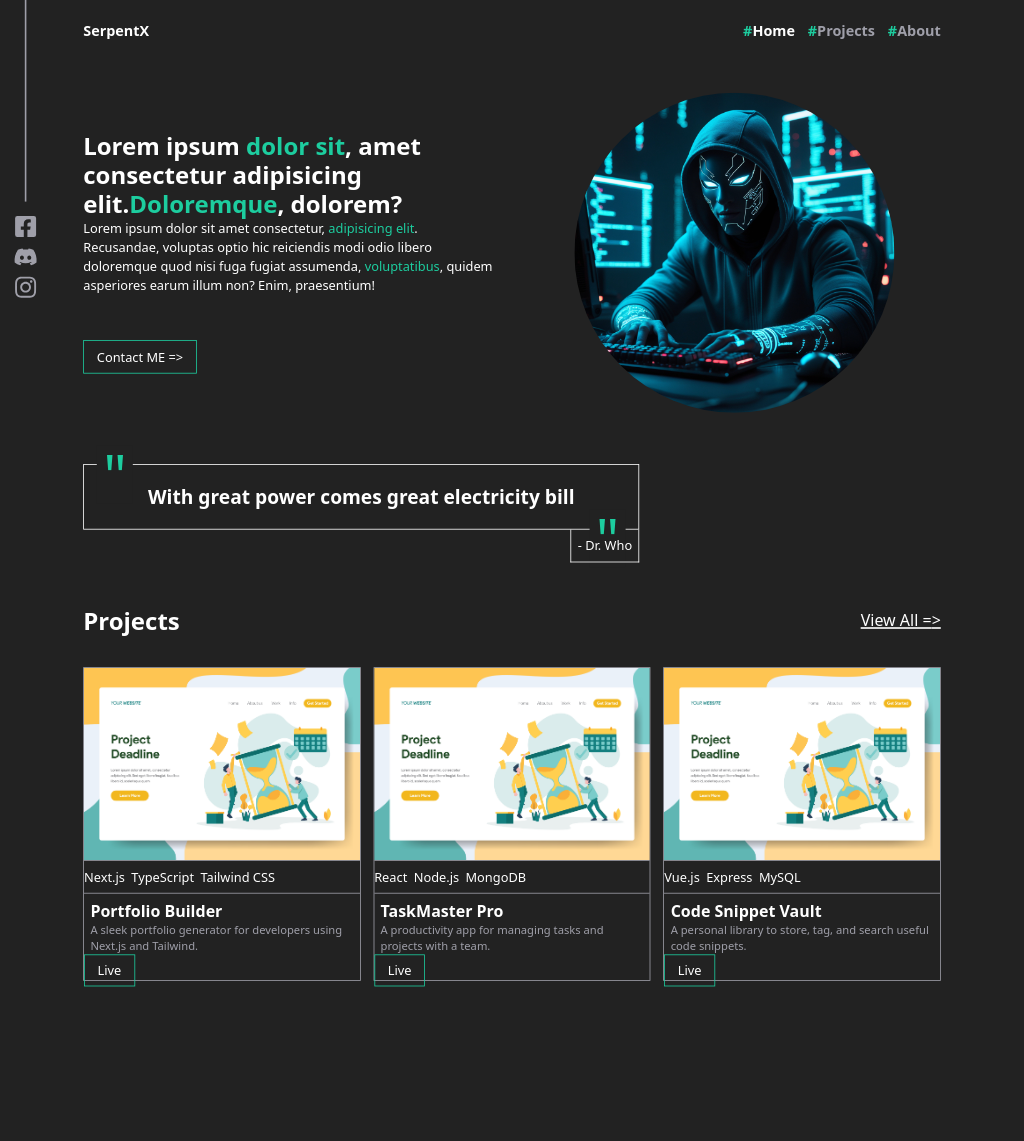
Repository: SERPENTX03/Portfolio-Tutorial
Page: /
The author's editor kept a copy of each file at every save. The page is drawn from the files as they stood at one save, then again after the next save.
The browser window is 1280 px wide. The pictures show the whole page, at 80% of full size.
The project was rebuilt for these pictures with package versions that can differ from the ones it lists, and the page was loaded fresh each time. The framework's server and built-in components were replaced by stand-ins that run in the browser. Also part of the build but not shown: next.config.ts.

Above is the page before, as saved 2025-04-19 21:22:29.

### app/layout.tsx
import type { Metadata } from "next";
import { Geist, Geist_Mono } from "next/font/google";
import "./globals.css";
import SideContact from "@/components/SideContact";
import Navbar from "@/components/nav/Navbar";

const geistSans = Geist({
  variable: "--font-geist-sans",
  subsets: ["latin"],
});

const geistMono = Geist_Mono({
  variable: "--font-geist-mono",
  subsets: ["latin"],
});

export const metadata: Metadata = {
  title: "Create Next App",
  description: "Generated by create next app",
};

export default function RootLayout({
  children,
}: Readonly<{
  children: React.ReactNode;
}>) {
  return (
    <html lang="en">
      <body
        className={`${geistSans.variable} ${geistMono.variable} antialiased`}
      >
        <SideContact />
        <main className="max-w-[1200px] mx-auto sm:px-16 px-3">
          <Navbar />
          {children}
          <footer className="h-[200px]"></footer>
        </main>
      </body>
    </html>
  );
}

### app/page.tsx
import Hero from "@/components/Hero";
import Projects from "@/components/Projects";

const Home = () => {
  return (
    <div>
      <Hero />
      <Projects />
    </div>
  );
};
export default Home;

### app/globals.css
@import "tailwindcss";

@theme {
  --color-primary: #1dcd9f;
  --color-background: #222222;
  --color-text: #9f9fa9;
}

@utility hover-btn {
  @apply hover:bg-primary/30 transition-colors duration-300 ease-in-out border border-primary px-4 py-2 mt-14 cursor-pointer;
}

body {
  background-color: var(--color-background);
  color: white;
}

### components/SideContact.tsx
import Link from "next/link";
import { FaFacebookSquare } from "react-icons/fa";
import { FaDiscord } from "react-icons/fa";
import { FaInstagram } from "react-icons/fa";

const SideContact = () => {
  return (
    <div className="fixed top-0 left-0 w-16 lg:flex flex-col hidden ">
      {/* Line */}
      <div className="h-[35vh] relative">
        <div className="h-full border border-text absolute top-0 left-1/2 -translate-x-1/2"></div>
      </div>
      {/* Socials */}
      <div className="text-text mt-4 flex flex-col gap-2 items-center">
        <Link target="_blank" href="https://www.facebook.com/serpentx.dev">
          <FaFacebookSquare size={30} />
        </Link>
        <Link target="_blank" href="https://discord.gg/serpentx">
          <FaDiscord size={30} />
        </Link>
        <Link target="_blank" href="https://www.instagram.com/serpentx.dev">
          <FaInstagram size={30} />
        </Link>
      </div>
    </div>
  );
};
export default SideContact;

### components/nav/Navbar.tsx
import MenuHamburger from "./MenuHamburger";
import Navlink from "./Navlink";

const Navbar = () => {
  return (
    <div className="flex justify-between items-center py-6">
      <h1 className="text-lg font-semibold ">SerpentX</h1>
      <Navlink />
      <MenuHamburger />
    </div>
  );
};
export default Navbar;

### components/Hero.tsx
import Image from "next/image";

const Hero = () => {
  return (
    <section className="mt-10">
      <div className="flex flex-col sm:flex-row justify-between gap-10 items-center">
        <div className="w-full sm:w-1/2">
          <h2 className="text-3xl font-bold">
            Lorem ipsum <span className="text-primary">dolor sit</span>, amet
            consectetur adipisicing elit.
            <span className="text-primary">Doloremque</span>, dolorem?
          </h2>
          <p>
            Lorem ipsum dolor sit amet consectetur,{" "}
            <span className="text-primary">adipisicing elit</span>. Recusandae,
            voluptas optio hic reiciendis modi odio libero doloremque quod nisi
            fuga fugiat assumenda,{" "}
            <span className="text-primary">voluptatibus</span>, quidem
            asperiores earum illum non? Enim, praesentium!
          </p>
          <button className="hover-btn ">Contact ME ={">"}</button>
        </div>
        <div className="w-full sm:w-1/2 flex justify-center">
          <Image
            className="object-cover rounded-full"
            src="/images/hero.jpg"
            alt="hero"
            width={400}
            height={400}
          />
        </div>
      </div>
      <div className="mt-16 flex justify-center border py-6 px-20 w-fit relative">
        <h5 className=" text-2xl font-bold ">
          With great power comes great electricity bill
        </h5>
        <span className="absolute -top-6 left-4 bg-background px-2 text-primary text-7xl">
          &quot;
        </span>
        <span className="absolute -bottom-12 h-fit right-4 bg-background px-2 text-primary text-7xl">
          &quot;
        </span>
        <span className="absolute right-[-1px] -bottom-10.5 border-x border-b p-2">
          - Dr. Who
        </span>
      </div>
    </section>
  );
};
export default Hero;

### components/Projects.tsx
import { projects } from "@/data/Project";
import Image from "next/image";
import Link from "next/link";

const Projects = () => {
  return (
    <section className="mt-24">
      <div className="flex justify-between items-center">
        <h2 className="text-3xl font-bold">Projects</h2>
        <Link className="text-xl underline" href="/projects">
          View All ={">"}
        </Link>
      </div>
      <div className="grid gird-cols-1 sm:grid-cols-2 md:grid-cols-3 gap-4 mt-10">
        {projects.slice(0, 3).map((project) => (
          <div key={project.id} className="border border-text">
            <Image
              src={project.image || ""}
              alt={project.title}
              width={300}
              height={300}
              className="w-full h-60 object-cover"
            />
            <div className="flex gap-2 py-2 border-y border-text">
              {project.language.map((lang) => (
                <p key={lang}>{lang}</p>
              ))}
            </div>
            <div className="p-2">
              <h3 className="text-xl font-bold">{project.title}</h3>
              <p className="text-sm text-text">{project.description}</p>
            </div>
            <Link href="/projects" className="hover-btn">
              Live
            </Link>
          </div>
        ))}
      </div>
    </section>
  );
};
export default Projects;

### components/nav/MenuHamburger.tsx
"use client";
import { RiMenuFoldLine } from "react-icons/ri";
import { links } from "@/data/NavLink";
import { useEffect, useState } from "react";
import { IoClose } from "react-icons/io5";
import Link from "next/link";
import { usePathname } from "next/navigation";
import { motion, AnimatePresence } from "framer-motion";
import { FaDiscord, FaFacebookSquare, FaInstagram } from "react-icons/fa";

const MenuHamburger = () => {
  const [isOpen, setIsOpen] = useState(false);
  const pathname = usePathname();

  const handleOpen = () => {
    setIsOpen(!isOpen);
  };

  useEffect(() => {
    setIsOpen(false); // ปิดเมนูเมื่อ path เปลี่ยน
  }, [pathname]);
  return (
    <>
      <AnimatePresence mode="wait">
        {isOpen ? (
          <motion.div
            key="close"
            initial={{ rotate: -90, opacity: 0 }}
            animate={{ rotate: 0, opacity: 1 }}
            exit={{ rotate: 90, opacity: 0 }}
            transition={{ duration: 0.2 }}
            className="cursor-pointer block md:hidden z-50"
            onClick={handleOpen}
          >
            <IoClose size={30} />
          </motion.div>
        ) : (
          <motion.div
            key="menu"
            initial={{ rotate: 90, opacity: 0 }}
            animate={{ rotate: 0, opacity: 1 }}
            exit={{ rotate: -90, opacity: 0 }}
            transition={{ duration: 0.3 }}
            className="cursor-pointer block md:hidden z-10"
            onClick={handleOpen}
          >
            <RiMenuFoldLine size={30} />
          </motion.div>
        )}
      </AnimatePresence>
      {isOpen && (
        <ul className="fixed top-0 left-0 w-full h-screen bg-background ">
          <h1 className="text-2xl font-bold m-3">SerpentX</h1>
          {links.map((nav, index) => (
            <li
              key={index}
              className={`text-2xl m-3 font-semibold text-text ${
                pathname === nav.href ? "text-white" : "text-text"
              }`}
            >
              <Link href={nav.href}>
                <span className="text-primary">#</span>
                {nav.label}
              </Link>
            </li>
          ))}
        </ul>
      )}
      {isOpen && (
        <div className="fixed bottom-4 left-1/2 -translate-x-1/2 flex gap-4">
          <Link target="_blank" href="https://www.facebook.com/serpentx.dev">
            <FaFacebookSquare size={30} />
          </Link>
          <Link target="_blank" href="https://discord.gg/serpentx">
            <FaDiscord size={30} />
          </Link>
          <Link target="_blank" href="https://www.instagram.com/serpentx.dev">
            <FaInstagram size={30} />
          </Link>
        </div>
      )}
    </>
  );
};
export default MenuHamburger;

### components/nav/Navlink.tsx
"use client";
import { links } from "@/data/NavLink";
import Link from "next/link";
import { usePathname } from "next/navigation";

const Navlink = () => {
  const pathname = usePathname();
  return (
    <ul className="md:flex gap-4 hidden ">
      {links.map((nav, index) => (
        <li
          key={index}
          className={`text-lg font-semibold text-text ${
            pathname === nav.href ? "text-white" : "text-text"
          }`}
        >
          <Link href={nav.href}>
            <span className="text-primary">#</span>
            {nav.label}
          </Link>
        </li>
      ))}
    </ul>
  );
};
export default Navlink;

### data/Project.ts
export const projects = [
  {
    id: 1,
    title: "Portfolio Builder",
    description:
      "A sleek portfolio generator for developers using Next.js and Tailwind.",
    language: ["Next.js", "TypeScript", "Tailwind CSS"],
    image: "/images/project1.jpg",
  },
  {
    id: 2,
    title: "TaskMaster Pro",
    description:
      "A productivity app for managing tasks and projects with a team.",
    language: ["React", "Node.js", "MongoDB"],
    image: "/images/project1.jpg",
  },
  {
    id: 3,
    title: "Code Snippet Vault",
    description:
      "A personal library to store, tag, and search useful code snippets.",
    language: ["Vue.js", "Express", "MySQL"],
    image: "/images/project1.jpg",
  },
  {
    id: 4,
    title: "DevBlog Engine",
    description:
      "A markdown-powered blogging platform for developers with dark mode.",
    language: ["Next.js", "MDX", "Tailwind CSS"],
    image: "/images/project1.jpg",
  },
  {
    id: 5,
    title: "CryptoTracker",
    description:
      "Live cryptocurrency prices and portfolio manager with real-time charts.",
    language: ["React", "Chart.js", "CoinGecko API"],
    image: "/images/project1.jpg",
  },
  {
    id: 6,
    title: "EcomDash",
    description:
      "An admin dashboard for managing products, orders, and analytics.",
    language: ["Angular", "Firebase", "SCSS"],
    image: "/images/project1.jpg",
  },
  {
    id: 7,
    title: "ChatterBox",
    description:
      "A real-time chat application with private and group messaging.",
    language: ["React", "Socket.io", "Node.js"],
    image: "/images/project1.jpg",
  },
  {
    id: 8,
    title: "CodeQuiz Arena",
    description: "An interactive quiz app for coding topics with leaderboards.",
    language: ["Svelte", "TypeScript", "Supabase"],
    image: "/images/project1.jpg",
  },
  {
    id: 9,
    title: "WeatherZen",
    description:
      "A minimalist weather app with animated forecasts and map integration.",
    language: ["Vue.js", "OpenWeatherMap API", "Tailwind CSS"],
    image: "/images/project1.jpg",
  },
  {
    id: 10,
    title: "DesignSync",
    description: "Tool to sync design tokens between Figma and your codebase.",
    language: ["Electron", "Figma API", "TypeScript"],
    image: "/images/project1.jpg",
  },
];

### data/NavLink.ts
export const links = [
  {
    label: "Home",
    href: "/",
  },
  {
    label: "Projects",
    href: "/projects",
  },
  {
    label: "About",
    href: "/about",
  },
];

After the next save:
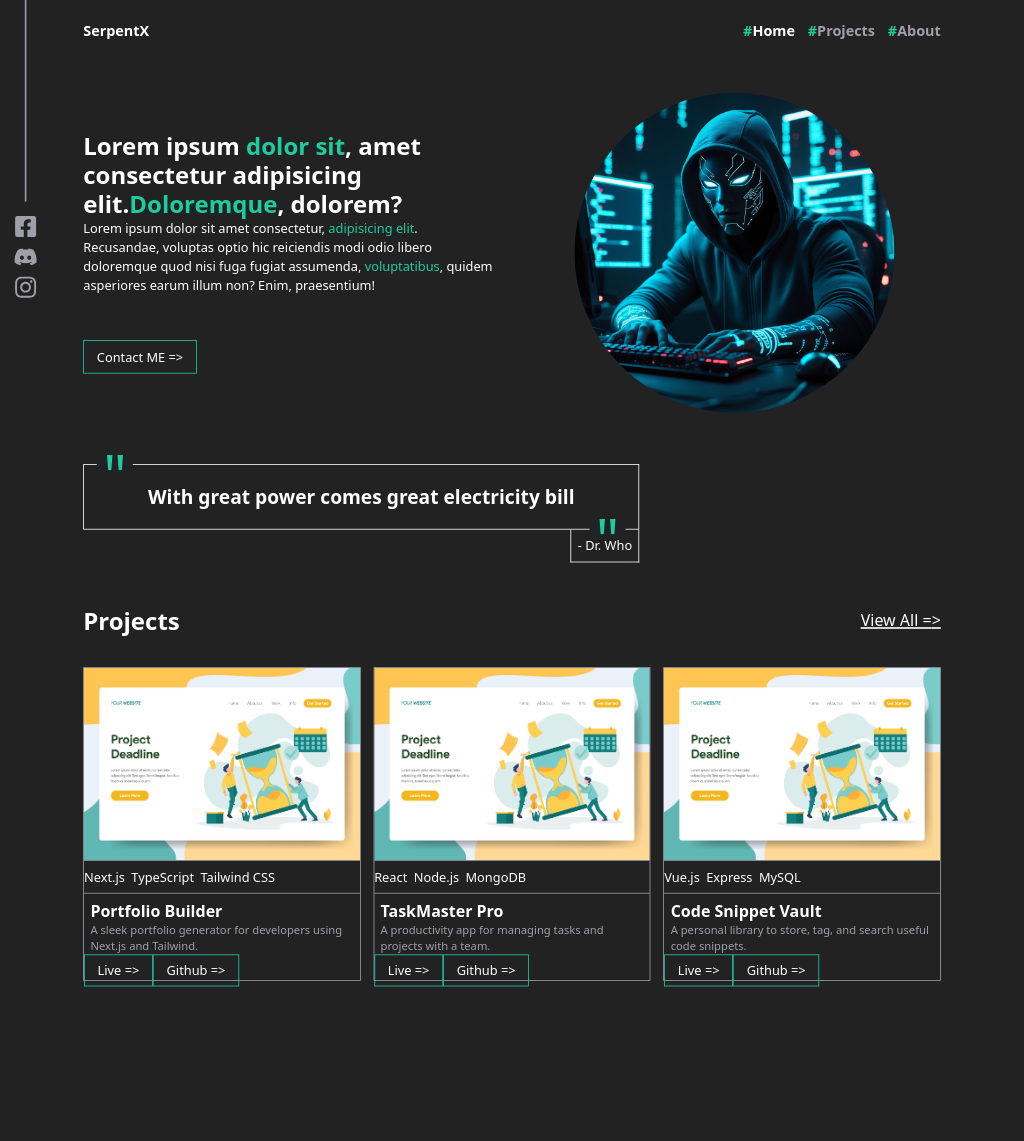
Saved 13 s later.
--- a/components/Projects.tsx
+++ b/components/Projects.tsx
@@ -31,7 +31,10 @@ const Projects = () => {
               <p className="text-sm text-text">{project.description}</p>
             </div>
             <Link href="/projects" className="hover-btn">
-              Live
+              Live ={">"}
+            </Link>
+            <Link href="/projects" className="hover-btn">
+              Github ={">"}
             </Link>
           </div>
         ))}
